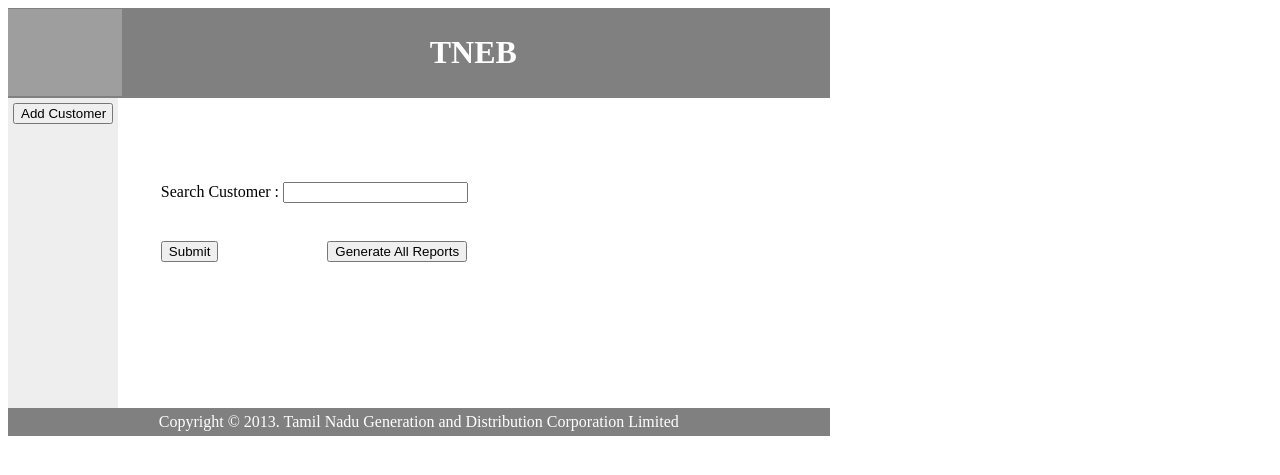
Repository: vjbrocode/Hackathon
Page: http://localhost/TNEB_billing/BillReport.jsp
The author's editor kept a copy of each file at every save. The page is drawn from the files as they stood at one save, then again after the next save.
The browser window is 1280 px wide. The pictures show the whole page.
Pictures or frames that could not be fetched are drawn as grey boxes. Some web libraries are served in a nearby version. The page is served by Tomcat 9.

Above is the page before, as saved 2015-07-03 00:59:34.

After the next save:
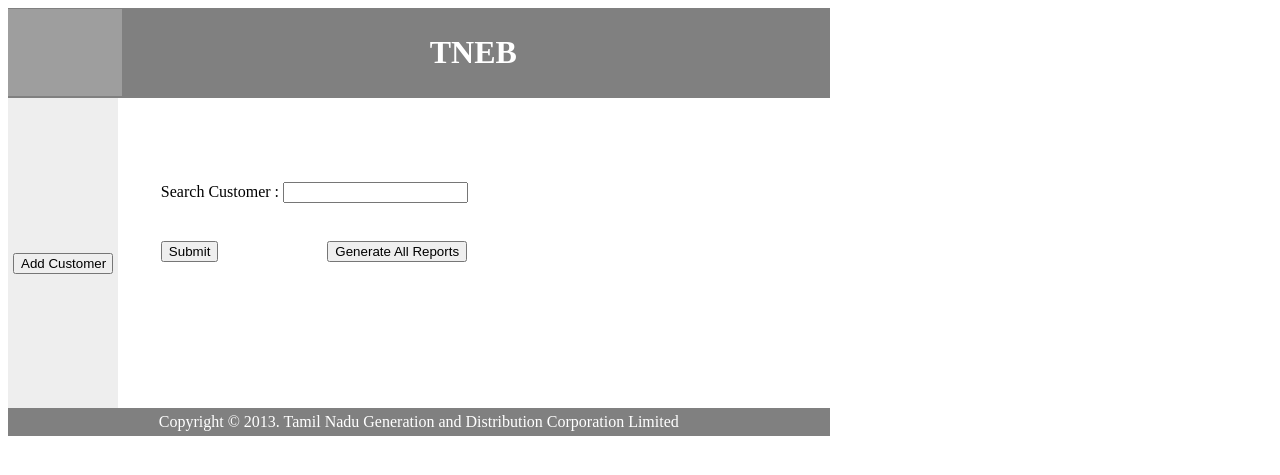
Saved 3 min 9 s later.
--- a/workspace-Pradeep/TNEB billing/WebContent/BillReport.jsp
+++ b/workspace-Pradeep/TNEB billing/WebContent/BillReport.jsp
@@ -53,7 +53,7 @@
             <h1>TNEB</h1>
          </div>
          <div id="nav">
-            <input type="button" value="Add Customer" onclick="myfunction();" style="width:100%;">
+            <input type="button" value="Add Customer" onclick="myfunction();" style="width:100%;margin-top: 150%;">
          </div>
          <div id="section">
              Search Customer : <input type="text" value=""  name="report" />
